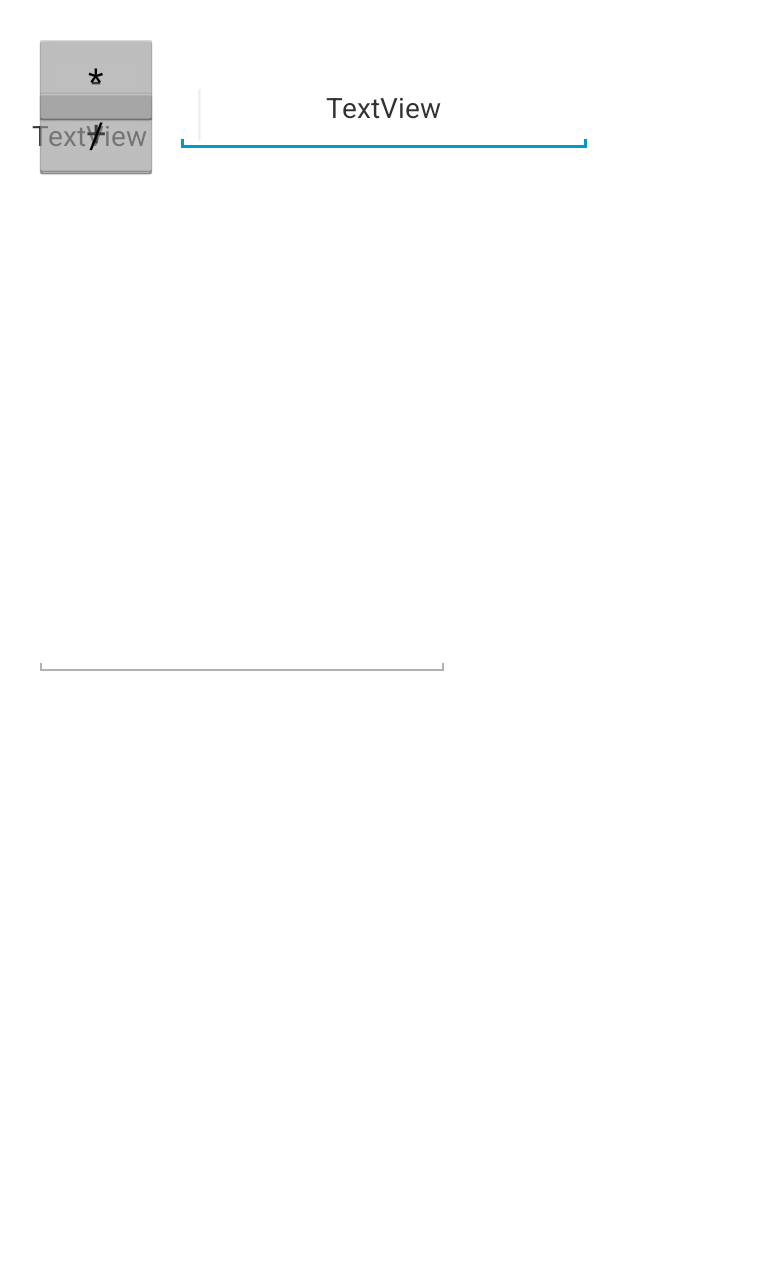
Repository: pbaesse/voice-answer
Layout: Hey!/Raul/teste/Calculadora/res/layout/activity_operacoes.xml
An editor plug-in stored every save of this project. The layout is shown before and after the next save, followed by the edit.
It is drawn on a 768 x 1280 px phone screen (xhdpi) without system bars, with theme AppTheme; the app's code is not run.

Above is the layout before, as saved 2013-12-27 17:23:49.

After the next save:
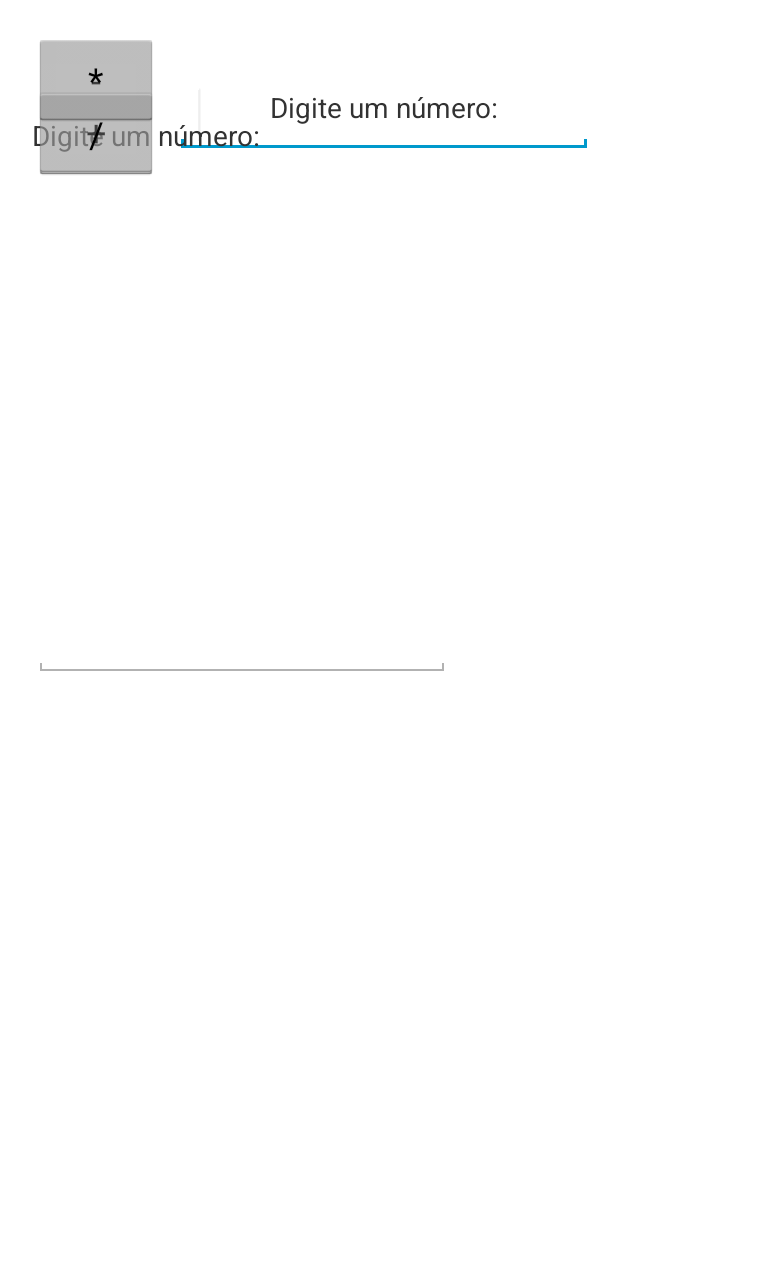
Saved 4 h 31 min later.
--- a/Hey!/Raul/teste/Calculadora/res/layout/activity_operacoes.xml
+++ b/Hey!/Raul/teste/Calculadora/res/layout/activity_operacoes.xml
@@ -15,7 +15,7 @@
         android:layout_alignParentTop="true"
         android:layout_centerHorizontal="true"
         android:layout_marginTop="28dp"
-        android:text="TextView" />
+        android:text="Digite um número:" />
 
     <EditText
         android:id="@+Entrada/n1"
@@ -36,7 +36,7 @@
         android:layout_alignLeft="@+id/textView1"
         android:layout_below="@+id/editText1"
         android:layout_marginTop="42dp"
-        android:text="TextView" />
+        android:text="Digite um número:" />
 
     <EditText
         android:id="@+Entrada/n2"
